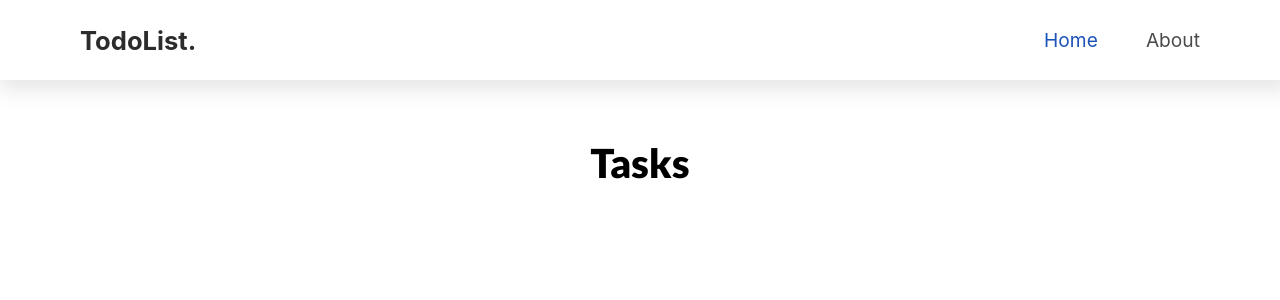
Repository: dqhuy153/react-todoList
Page: /
These files come from the project's save history. The page is drawn as it stood at one moment and after the next save; the edit follows.
The browser window is 1280 px wide. The pictures show the whole page.
The project was rebuilt for these pictures with package versions that can differ from the ones it lists, and the page was loaded fresh each time. Also part of the build but not shown: src/components/UI/LoadingSpinner.module.scss.

Above is the page before, as saved 2021-09-16 19:33:12.

### src/App.js
import React, { Suspense } from 'react';
import { Switch, Route } from 'react-router-dom';

import './App.css';
import Layout from './components/layout/Layout';
import LoadingSpinner from './components/UI/LoadingSpinner';

const Home = React.lazy(() => import('./components/pages/Home'));
const About = React.lazy(() => import('./components/pages/About'));

function App() {
  return (
    <Layout>
      <Suspense
        fallback={
          <div className="centered">
            <LoadingSpinner />
          </div>
        }
      >
        <Switch>
          <Route path="/" exact>
            <Home />
          </Route>
          <Route path="/about">
            <About />
          </Route>
          {/* <Route path="/products" exact>
          <Products />
        </Route>
        <Route path="/products/:productId">
          <ProductDetail />
        </Route> */}
        </Switch>
      </Suspense>
    </Layout>
  );
}

export default App;

### src/App.css
@import url('https://fonts.googleapis.com/css2?family=Lato:ital,wght@0,100;0,300;0,400;0,700;0,900;1,100;1,300;1,400;1,700;1,900&display=swap');

* {
  box-sizing: border-box;
}

.centered {
  margin: 3rem auto;
  text-align: center;
  display: flex;
  justify-content: center;
  align-items: center;
}

### src/components/layout/Layout.js
import React, { Fragment } from 'react';
import AppNavigation from './AppNavigation';

import styles from './Layout.module.scss';

export default function Layout(props) {
  return (
    <Fragment>
      <AppNavigation logoTitle="TodoList." />
      <main className={styles.main}>{props.children}</main>
    </Fragment>
  );
}

### src/components/UI/LoadingSpinner.js
import styles from './LoadingSpinner.module.scss';

const LoadingSpinner = () => {
  return <div className={styles.spinner}></div>;
};

export default LoadingSpinner;

### src/components/pages/Home.js
import React from 'react';

import styles from './Home.module.scss';

export default function Home(props) {
  return (
    <div className={styles.container}>
      <h1>Tasks</h1>
    </div>
  );
}

### src/components/layout/AppNavigation.js
import React from 'react';
import { NavLink } from 'react-router-dom';

import styles from './AppNavigation.module.scss';

export default function AppNavigation({ logoTitle = 'Demo.', ...props }) {
  return (
    <header className={styles.header}>
      <div className={styles.logo}>{logoTitle}</div>
      <nav>
        <ul>
          <li>
            <NavLink to="/" exact activeClassName={styles.active}>
              Home
            </NavLink>
          </li>
          <li>
            <NavLink to="/about" activeClassName={styles.active}>
              About
            </NavLink>
          </li>
        </ul>
      </nav>
    </header>
  );
}

### src/components/pages/Home.module.scss
.container {
  padding: 2rem 0;
  h1 {
    text-align: center;
    font-family: 'Lato', sans-serif;
    font-weight: 800;
    font-size: 2.5rem;
  }
}

### src/components/layout/AppNavigation.module.scss
.header {
  width: 100%;
  height: 5rem;
  display: flex;
  align-items: center;
  justify-content: space-between;
  background-color: #ffffff;
  padding: 0 5rem;
  box-shadow: 5px 5px 20px 5px rgba(0, 0, 0, 0.1);
}

.logo {
  font-size: 1.6rem;
  color: rgb(44, 44, 44);
  font-weight: bold;
}

.header ul {
  list-style: none;
  margin: 0;
  padding: 0;
  display: flex;
  align-items: baseline;
}

.header li {
  margin-left: 3rem;
}

.header a {
  text-decoration: none;
  font-size: 1.2rem;
  color: #4b4b4b;
}

.header a:hover,
.header a:active,
.header a.active {
  color: rgb(28, 83, 184);
}

Loaded but not shown: public/index.html (common file); src/index.js (common file); src/index.css (common file); src/reportWebVitals.js (common file); src/components/layout/Layout.module.scss (no stored copy; drawn as an empty file)

After the next save:
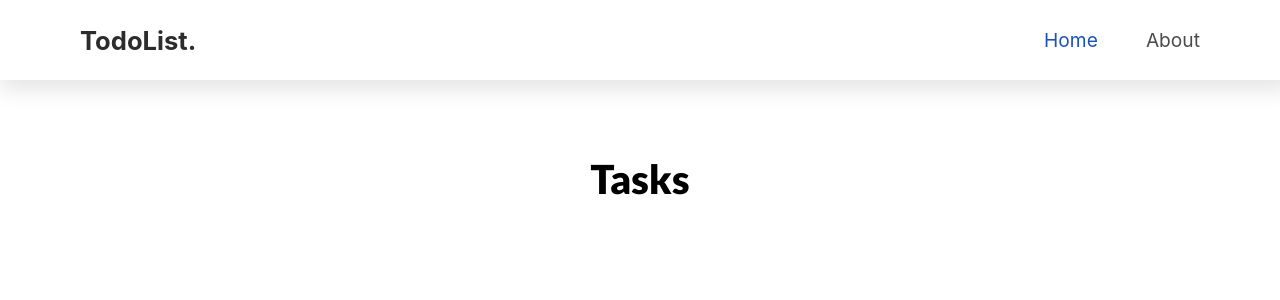
Saved 5 s later.
--- a/src/components/pages/Home.module.scss
+++ b/src/components/pages/Home.module.scss
@@ -1,5 +1,5 @@
 .container {
-  padding: 2rem 0;
+  padding: 3rem 0;
   h1 {
     text-align: center;
     font-family: 'Lato', sans-serif;
